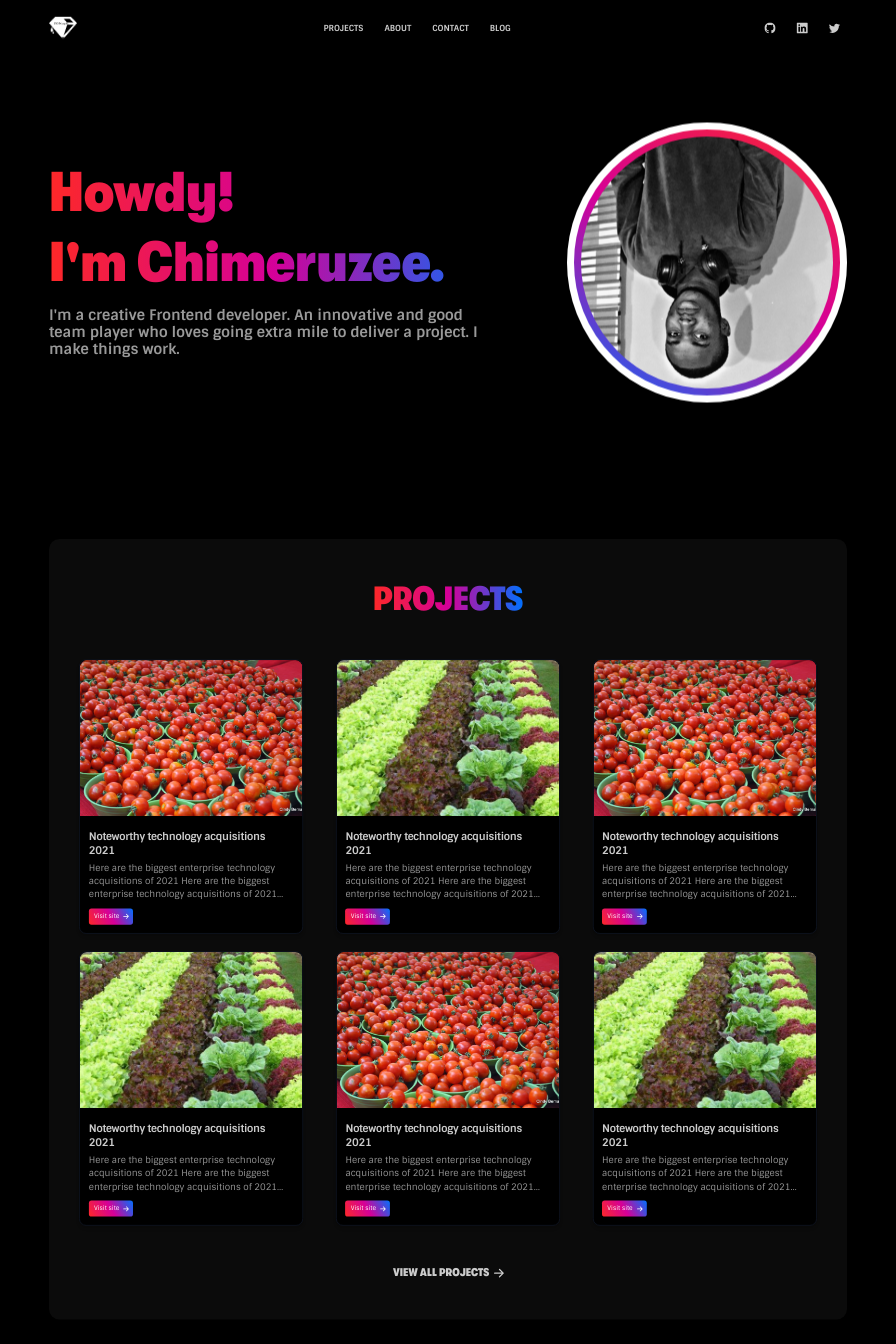
Repository: Ehceyn/ChimeruzeePortfolio
Page: /
An editor plug-in stored every save of this project. The page is shown before and after the next save, followed by the edit.
The browser window is 1280 px wide. The pictures show the part of the page from y = 0 to 1920 px (the page is 2801 px tall), at 70% of full size.
The project was rebuilt for these pictures with package versions that can differ from the ones it lists, and the page was loaded fresh each time. The framework's server and built-in components were replaced by stand-ins that run in the browser. Also part of the build but not shown: next.config.js.

Above is the page before, as saved 2022-07-04 21:50:49.

After the next save:
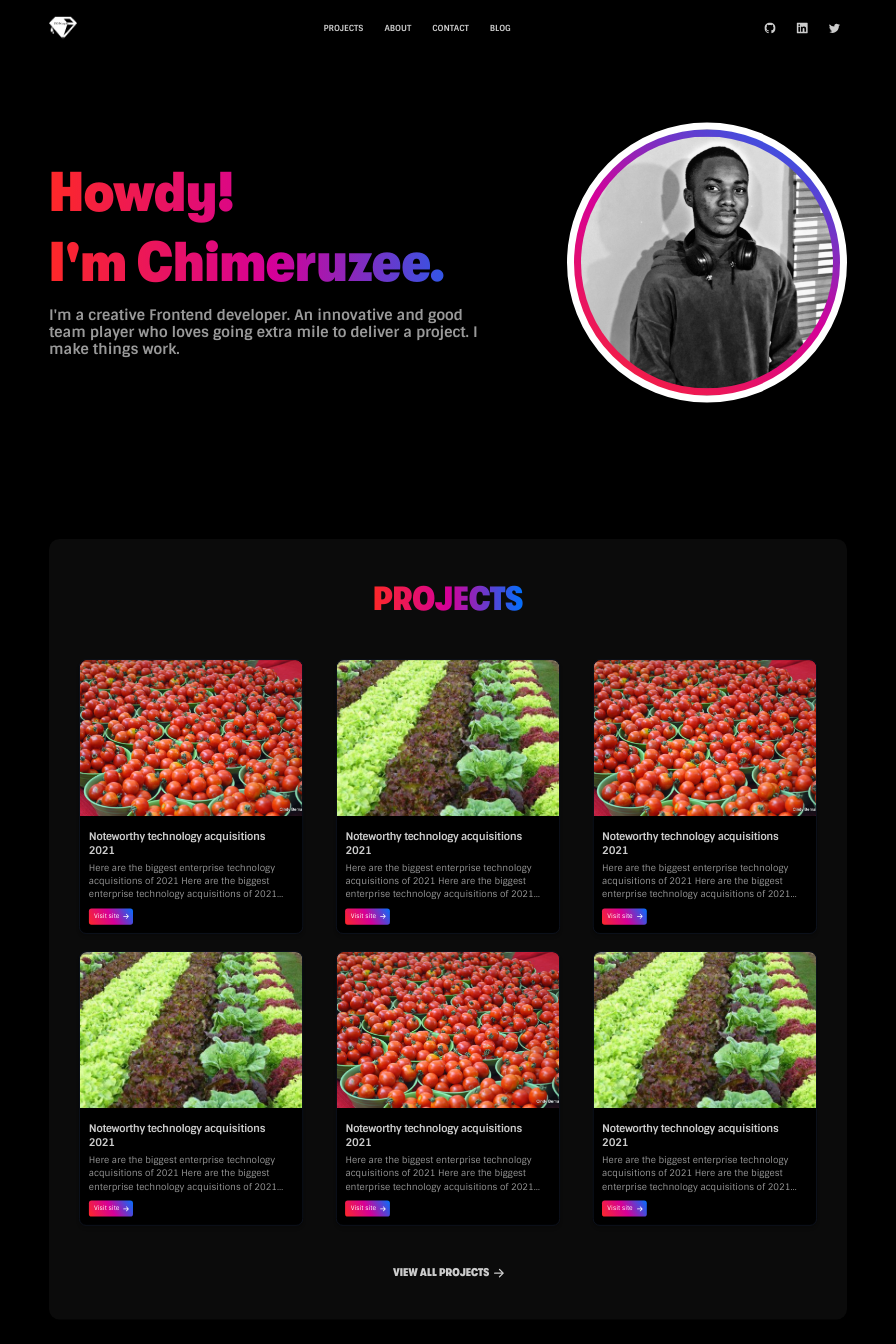
Saved 13 min 14 s later.
--- a/src/components/Hero/Hero.js
+++ b/src/components/Hero/Hero.js
@@ -24,11 +24,11 @@
       </div>
       <div className="max-w-[400px] min-w-[400px] object-contain ">
         <motion.div
-          variants={heroImage}
           initial="initial"
           animate="animate"
           transition="transition"
-          className="border-[10px] border-gradient border-white rounded-full object-cover flex justify-center items-center p-[10px] "
+          className="border-[10px] border-white rounded-full object-cover flex justify-center items-center p-[10px] "
+          style={borderGradient}
         >
           <Image
             src="/images/meruz-bw.jpg"
@@ -44,4 +44,10 @@
   );
 }
 
+/* Linear Gradient Border for hero image */
+const borderGradient = {
+  background:
+    "linear-gradient(210deg, #0070fdff, #d50098ff, #fd2828) border-box, linear-gradient(210deg, #0070fdff, #d50098ff, #fd2828) padding-box",
+};
+
 export default Hero;
